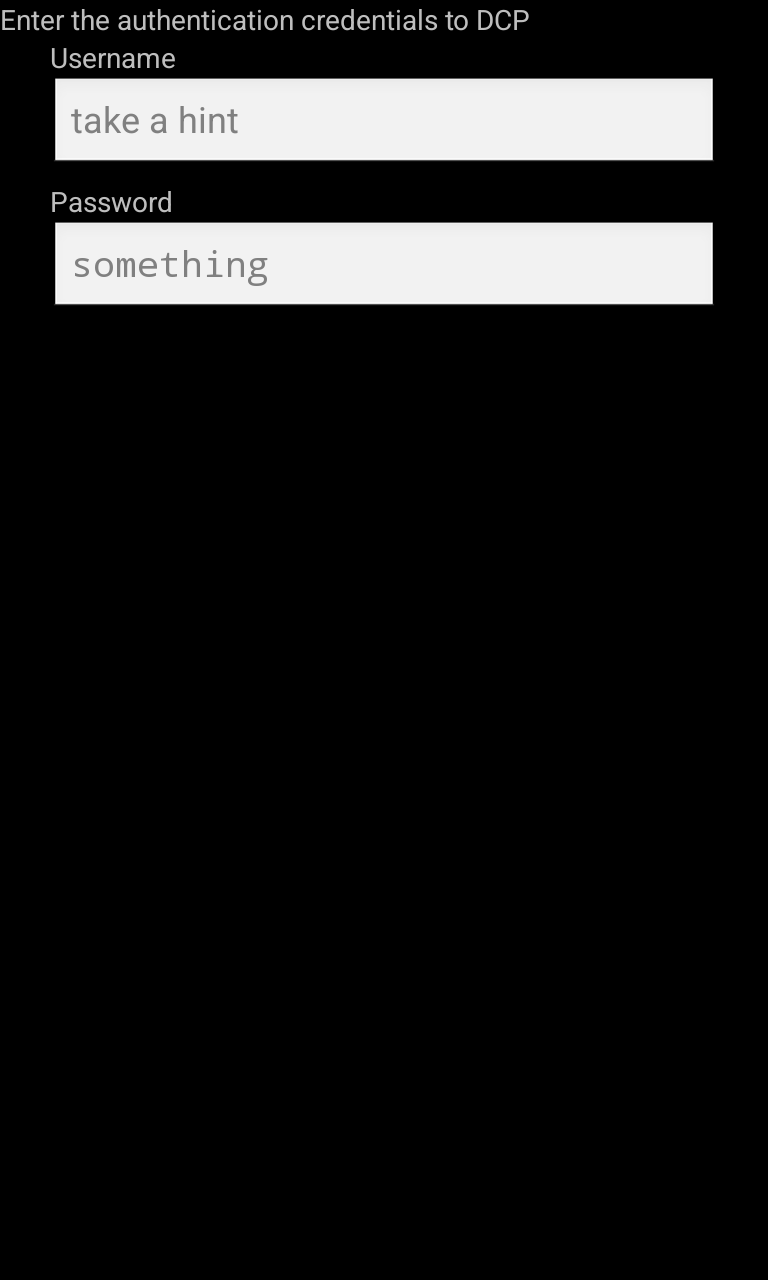
Repository: sergioenriquez/CSTE
Layout: HNAD/res/layout/login.xml
An editor plug-in stored every save of this project. The layout is shown before and after the next save, followed by the edit.
It is drawn on a 768 x 1280 px phone screen (xhdpi) without system bars, with theme android:Theme.NoTitleBar; the app's code is not run.

Above is the layout before, as saved 2011-12-18 03:08:33.

### HNAD/res/layout/login.xml
<?xml version="1.0" encoding="utf-8"?>
<LinearLayout xmlns:android="http://schemas.android.com/apk/res/android"
    android:orientation="vertical"
    android:layout_width="fill_parent"
    android:layout_height="fill_parent"
    >
    <TextView
    android:layout_width="fill_parent"
    android:layout_height="wrap_content"
    android:text="Enter the authentication credentials to DCP"
    />
<TextView
    android:layout_width="fill_parent"
    android:layout_height="wrap_content"
    android:layout_marginLeft="25dp"
    android:text="Username"
    />
<EditText
        android:id="@+id/authUserLink"
        android:layout_width="match_parent"
        android:layout_height="wrap_content"
        android:layout_marginLeft="25dp"
        android:layout_marginRight="25dp"
        android:layout_marginBottom="5dp"
        android:inputType="text"
        android:singleLine="true"
        android:hint="take a hint" />
<TextView
    android:layout_width="fill_parent"
    android:layout_height="wrap_content"
    android:layout_marginLeft="25dp"
    android:text="Password"
    />
<EditText
        android:id="@+id/authPassword"
        android:layout_width="match_parent"
        android:layout_height="wrap_content"
        android:layout_marginLeft="25dp"
        android:layout_marginRight="25dp"
        android:layout_marginBottom="5dp"
        android:password="true"
        android:singleLine="true"
        android:hint="something" />
</LinearLayout>

After the next save:
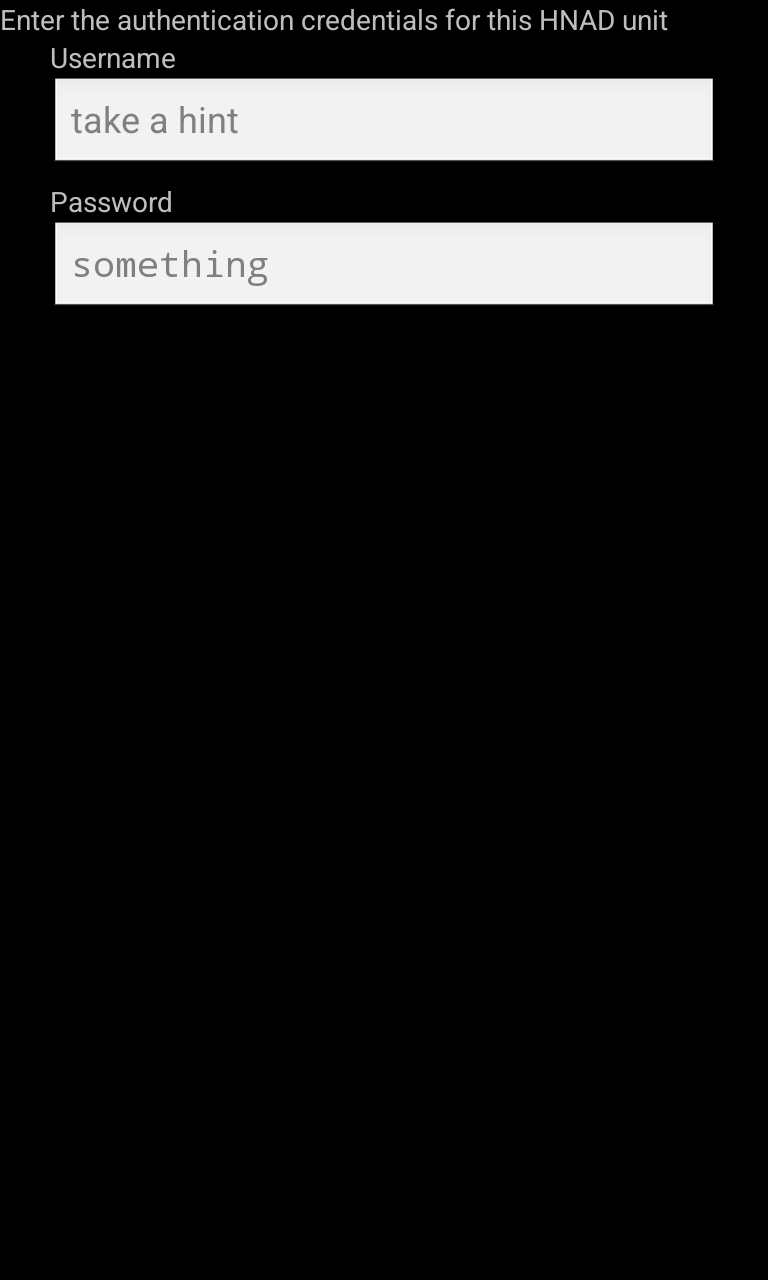
Saved 12 s later.
--- a/HNAD/res/layout/login.xml
+++ b/HNAD/res/layout/login.xml
@@ -7,7 +7,7 @@
     <TextView
     android:layout_width="fill_parent"
     android:layout_height="wrap_content"
-    android:text="Enter the authentication credentials to DCP"
+    android:text="Enter the authentication credentials for this HNAD unit"
     />
 <TextView
     android:layout_width="fill_parent"
